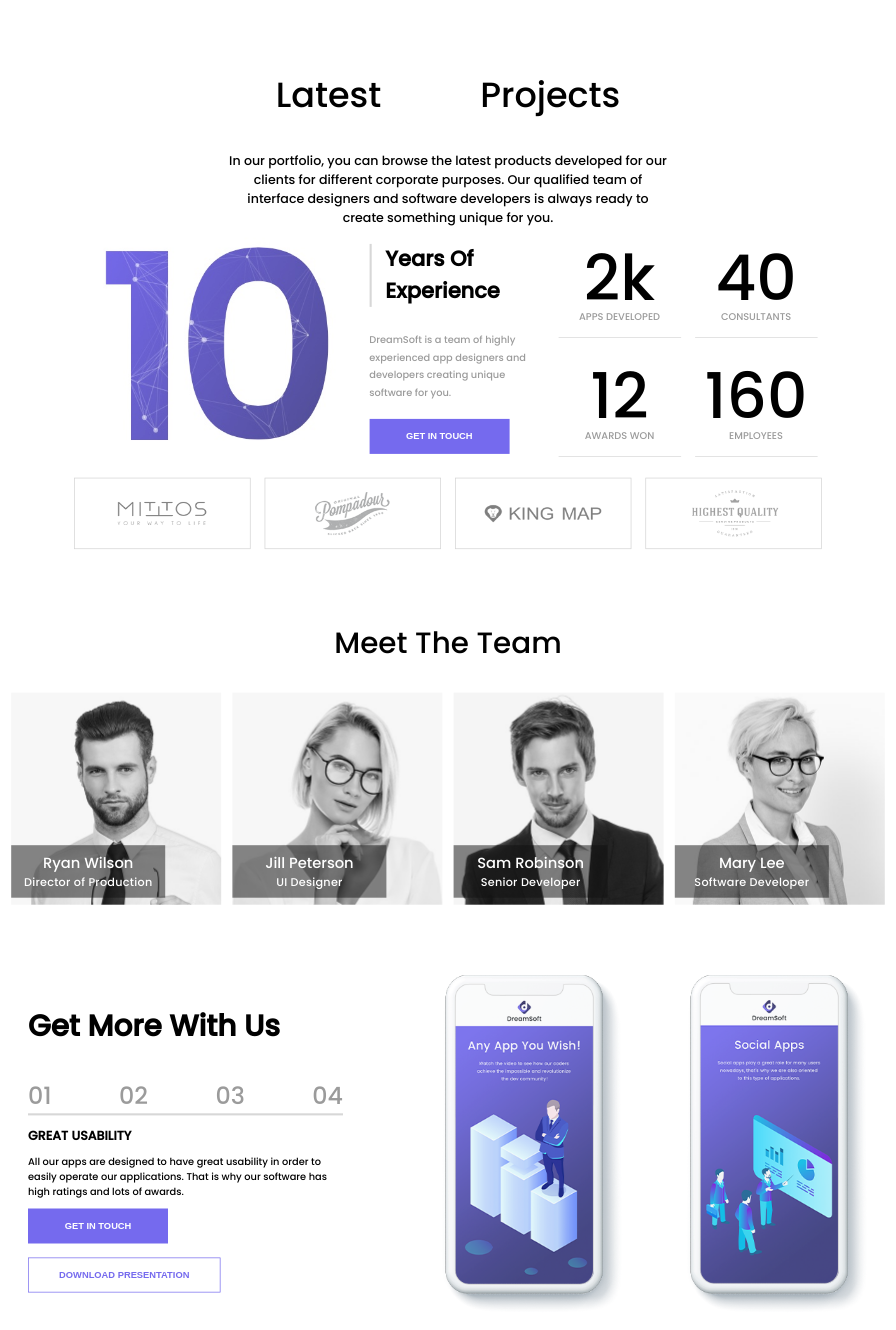
Repository: kkyler24/ladders-bootcamp-awesome
Page: index.html
These files come from the project's save history. The page is drawn as it stood at one moment and after the next save; the edit follows.
The browser window is 1280 px wide. The pictures show the part of the page from y = 1339 to 3239 px (the page is 6056 px tall), at 70% of full size.

Above is the page before, as saved 2021-03-19 16:17:42.

### index.html
<!DOCTYPE html>
<html lang="en">
  <head>
    <meta charset="UTF-8" />
    <meta name="viewport" content="width=device-width, initial-scale=1.0" />
    <link rel="stylesheet" href="style.css" />
    <link rel="stylesheet" href="kstyle.css" />
    <link rel="preconnect" href="https://fonts.gstatic.com">
    <link href="https://fonts.googleapis.com/css2?family=Poppins:wght@500&display=swap" rel="stylesheet">
    <title>Demo</title>
  </head>
  <body>
    <header></header>
    <nav class="container-nav">
      <a class="logopic">
        <img src="./img/jumbotron/logo-default-191x52.png" alt="MCLA LOGO"   height="63.99" width="220">
      </a>
      <div class="nav-link">
      <ul>
        <li class=" list-inline">
          <a href="./index.html">Home</a>
        </li>
        <li class="nav-item active list-inline">
          <a href="./index.html">About Us</a>
        </li>
        <li class="nav-item active list-inline">
          <a href="./index.html">Gallery</a>
        </li>
        <li class="nav-item active list-inline">
          <a href="./index.html">Pricing</a>
        </li>
        <li class="nav-item active list-inline">
          <a href="./index.html">Blog</a>
        </li>
      </ul>
    </div>
      <!-- <button></button> -->

    </nav>
    <!-- jumbotron 3 slides -->
    <div id="jumbotron" class="carousel">
      <!-- <ul class ="carousel-indicators">
          <li data-target="#carouselExampleCaptions" data-slide-to="0" class="active"></li>
          <li data-target="#carouselExampleCaptions" data-slide-to="1"></li>
          <li data-target="#carouselExampleCaptions" data-slide-to="2"></li>
          <li data-target="#carouselExampleCaptions" data-slide-to="3"></li>
      </ul> -->
      <div class="container-jumbo">
          <div class="carousel-item">
              <img id="jumboimgOne"src="./img/jumbotron/jess-bailey-q10VITrVYUM-unsplash.jpg"  alt="..." />
              <div class="jumboheadline">
                <h2 class="jumbotext">Mobile App Development</h2><br>
                  <div id="indext">
                    <p class="jumboPara"> Since our establishment, we have delivering high-quality and sutainable <br> software solutions for corporate purpose of worldwide business.</p>
                  </div>

              </div>
          </div>
          <!-- <div class="carousel-item">
              <img src="Assets/diversity2gether.jpg" class="d-block w-100" alt="..." />
              <div class="carousel-caption d-none d-md-block">
                  <h5>We Celebrate diversity</h5>
              </div>
          </div>
          <div class="carousel-item">
              <img src="Assets/womensrights.jpg" class="d-block w-100" alt="..." />
              <div class="carousel-caption d-none d-md-block">
                  <h5> We charise our choices</h5>
              </div>
          </div>
          <div class="carousel-item">
              <img src="Assets/climate.jpg" class="d-block w-100" alt="..." />
              <div class="carousel-caption d-none d-md-block">
                  <h5> We protect whats ours</h5>
              </div> -->
          </div>
      </div>
  </div>
  <!-- <a class="carousel-control-prev" href="#carouselExampleCaptions" role="button" data-slide="prev">
      <span class="carousel-control-prev-icon" aria-hidden="true"></span>
      <span class="sr-only">Previous</span>
  </a>
  <a class="carousel-control-next" href="#carouselExampleCaptions" role="button" data-slide="next">
      <span class="carousel-control-next-icon" aria-hidden="true"></span>
      <span class="sr-only">Next</span>
  </a> -->
</div>

    </section>

    <section class="all-service-section">
      <!-- see all services -->
          <div class="all-services-img">
            <img src="https://ld-wt73.template-help.com/wt_prod-18959/images/index-1-415x592.jpg" alt="" width="415" height="592">
          </div>

          <div class="all-services-container">

              <div class="corporate-solutions-block">
                <h3 class="all-services-h3">See All Services</h3>
                <button class="all-services-button">All Services</button>
              </div>
              <div class="corporate-solutions-block">
                <img src="./img/icon-phone.PNG" alt="">
                <h4 class="services-title-h4">CORPORATE SOLUTIONS</h4>
                <p class="corporate-solutions-text">Need specific software for your company? We are ready to develop it!</p>
              </div>
              <div class="corporate-solutions-block">
                <img src="./img/icon-headset.PNG" alt="">
                <h4 class="services-title-h4">CALL CENTER SOLUTIONS</h4>
                <p class="corporate-solutions-text">Our experts provide custom products of any complexity for call centers.</p>
              </div>
              <div class="corporate-solutions-block">
                <img src="./img/icon-cloud-box.PNG" alt="">
                <h4 class="services-title-h4">CLOUD DEVELOPMENT</h4>
                <p class="corporate-solutions-text">We can also offer you reliable cloud development solutions.</p>
              </div>

          </div>
    </section>

    <section class="sectThree">
      <!-- latest Projects -->
      <div class="latestPro">
        <h1 id="latestPro"> Latest Projects</h1>
        <p id="latestPara">In our portfolio, you can browse the latest products developed for our clients for different corporate purposes. Our qualified team of interface designers and software developers is always ready to create something unique for you.</p>
        <div></div>

      </div>
    </section>

    <section class="achievements-section">
      <!-- achievements -->
      <figure>
      <img src="./img/10.jpg" alt="Animated number ten" height="300" />
      </figure>
      <div class="years-of-experience-container">
        <h1>Years Of Experience</h1>
        <p>
          DreamSoft is a team of highly experienced app designers and developers
          creating unique software for you.
        </p>
        <button class="get-in-touch-button">Get in touch</button>
      </div>
      <div class="achievements-numbers-container">
        <div class="achievements-numbers-block">
          <h2>2k</h2>
          <p>APPS DEVELOPED</p>
        </div>
        <div class="achievements-numbers-block">
          <h2>40</h2>
          <p>CONSULTANTS</p>
        </div>
        <div class="achievements-numbers-block">
          <h2>12</h2>
          <p>AWARDS WON</p>
        </div>
        <div class="achievements-numbers-block">
          <h2>160</h2>
          <p>EMPLOYEES</p>
        </div>
      </div>
      <div class="logo-links-container">
        <figure>
          <img src="./img/clients-9-270x117.png" alt="Mittos Logo" >
        </figure>
        <figure>
          <img src="./img/clients-10-270x117.png" alt="Pompadour Logo" >
        </figure>
        <figure>
          <img src="./img/clients-3-270x117.png" alt="King Map Logo" >
        </figure>
        <figure>
          <img src="./img/clients-11-270x117.png" alt="Highest Quality Logo" >
        </figure>
      </div>
    </section>

    <section class="meet-the-team-section">
      <!-- meet the team -->
      <h2 class="meet-the-team-h2">Meet The Team</h2>

      <div class="meet-the-team-main-container">

          <div class="meet-team-block">
            <img src="./img/ryan-wilson.jpg" alt="">

            <div class="meet-team-text-block">
              <h4 class="meet-the-team-h4">Ryan Wilson</h4>
              <p class="meet-the-team-p">Director of Production</p>
            </div>
          </div>
          <div class="meet-team-block">
            <img src="./img/jill-peterson.jpg" alt="">

            <div class='meet-team-text-block'>
              <h4 class="meet-the-team-h4">Jill Peterson</h4>
              <p class="meet-the-team-p">UI Designer</p>
            </div>
          </div>
          <div class="meet-team-block">
            <img src="./img/sam-robinson.jpg" alt="">

            <div class='meet-team-text-block'>
              <h4 class="meet-the-team-h4">Sam Robinson</h4>
              <p class="meet-the-team-p">Senior Developer</p>
            </div>
          </div>
          <div class="meet-team-block">
            <img src="./img/mary-lee.jpg" alt="">

            <div class='meet-team-text-block'>
              <h4 class="meet-the-team-h4">Mary Lee</h4>
              <p class="meet-the-team-p">Software Developer</p>
            </div>
          </div>

      </div>
    </section>

    <section class="get-more-with-us-section">
      <!-- Get more with us -->
      <section class="get-more-with-us">
        <h1>Get More With Us</h1>
        <div class="numbers">
          <p>01</p>
          <p>02</p>
          <p>03</p>
          <p>04</p>
        </div>
        <h2>GREAT USABILITY</h2>
        <p class="get-more-about-project">
          All our apps are designed to have great usability in
          order to easily operate our applications.
          That is why our software has high ratings and lots of awards.
        </p>
        <button class="get-in-touch-button">Get in touch</button>
        <button class="download-presentation-button">Download presentation</button>
      </section>
      <img src="img/index-4-261x484.png" alt="Screen with Any App You Wish">
      <img src="img/index-5-261x484.png" alt="Screen with Socia Apps">
    </section>

    <section class="what-people-say-section">
      <!-- What People Say -->
      <h2 class="what-people-say-h2">What People Say</h2>

      <div class="what-people-say-main-container">

        <div class="client-container">
          <img src="./img/catherine-wilson.jpg" alt="">
          <div class="client-title">
            <h4 class="client-name-h4">Catherine Williams</h4>
            <p>Regular client</p>
          </div>
          <div class="client-body">
            <p class="client-body-p">DreamSoft offers a high caliber of resources skilled
            in Microsoft Azure .NET, mobile and Quality Assurance. They
            became our true business partners over the past three years.</p>
          </div>
        </div>
        <div class="client-container">
          <img src="./img/rupert-woods.jpg" alt="">
          <div class="client-title">
            <h4 class="client-name-h4">Rupert Wood</h4>
            <p>Regular client</p>
          </div>
          <div class="client-body">
            <p class="client-body-p">DreamSoft powered us with a competent team to develop
            products for banking services. The team has been delivering
            results within budget and time, which is amazing.</p>
          </div>
        </div>
        <div class="client-container">
          <img src="./img/samantha-brown.jpg" alt="">
          <div class="client-title">
            <h4 class="client-name-h4">Samantha Brown</h4>
            <p>Regular client</p>
          </div>
          <div class="client-body">
            <p class="client-body-p">DreamSoft is a highly skilled and uniquely capable
            firm with multitudes of talent on-board. We have
            results within budget and time, which is amazing.
            collaborated on a number of diverse projects that
            have been a great success.</p>
          </div>
        </div>

      </div>

    </section>

    <section class="latest-blog-posts-section">
      <h2 class="what-people-say-h2">Latest Blog Posts</h2>
      <div class="posts-container">
        <div class="post-block">
          <figure>
          <img class="post-cover" src="img/post-10-370x307.jpg">
          <img class="post-date-label" src="img/label.svg">
          <p class="post-label-date">07/04</p>
          </figure>
          <h4 class="block-post-h4">Benefits Of Async/Await</h4>
            <p class="blog-post-p">
            Asynchronous functions are a good and bad thing in JavaScript.
            The good side is that asynchronous functions are non-blocking and…
            </p>
        </div>
        <div class="post-block">
          <figure>
          <img class="post-cover" src="img/post-11-370x307.jpg">
          <img class="post-date-label" src="img/label.svg">
          <p class="post-label-date">07/17</p>
          </figure>
          <h4 class="block-post-h4">Key Considerations Of IPaaS</h4>
            <p class="blog-post-p">
              Digital transformation requires cloud appropriate adoption,
              legacy IT systems modernization, and Agile-based methodologies for faster…
            </p>
        </div>
        <div class="post-block">
          <figure>
          <img class="post-cover" src="img/post-12-370x307.jpg">
          <img class="post-date-label" src="img/label.svg">
          <p class="post-label-date">07/22</p>
          </figure>
          <h4 class="block-post-h4">Hibernate Query Language</h4>
            <p class="blog-post-p">
              In this tutorial, we will discuss the
              Hibernate Query Language. HQL is an object-oriented query language.
              Hibernate Query...
            </p>
        </div>
      </div>
    </section>

    <footer>
      <!-- contacts and info -->
      <section class="footer-contacts">
        <img src="img/logo-inverse-191x52.png" alt="DreamSoft Logo">
        <p class="about-company">
          Our company has been developing high-quality and reliable software
          for corporate needs since 2008. We are renowned professionals of
          software development.</p>
        <div class="address-block-container">
          <div class="one-contact-block">
            <h2>ADDRESS</h2>
            <p>4730 Crystal Springs Dr, Los Angeles, CA 90027</p>
          </div>
          <div class="one-contact-block">
            <h2>PHONES</h2>
            <p>
              <span class="changing-color">+1 323-913-4688</span>
              <span>,</span>
              <span class="changing-color">+1 323-888-4554</span>
            </p>
          </div>
          <div class="one-contact-block">
            <h2>E-MAILS</h2>
            <p>
              <span>info@demolink.org</span>
              <span>,</span>
              <span>mail@demolink.org</span>
            </p>
          </div>
          <div class="social-media-links-container">
            <img src="img/iconfinder_Circled_Facebook.svg" alt="Facebook Icon">
            <img src="img/iconfinder_Circled_Instagram.svg" alt="Facebook Icon">
            <img src="img/iconfinder_Circled_Linkedin.svg" alt="Facebook Icon">
            <img src="img/iconfinder_Circled_Twitter.svg" alt="Facebook Icon">
          </div>
        </div>
      </section>
      <form class="contact-form">
        <h1>Questions? Contact Us</h1>
        <input class="input-field-1" type="text" id="name" name="name" placeholder="Name"><br>
        <input class="input-field-1" type="text" id="email" name="email" placeholder="Email"><br>
        <input class="input-field-2" type="text" id="message" name="message" placeholder="Message"><br>
        <button class="send-message-button">Send message</button>
      </form>
      <section class="what-we-offer">
        <h1>What We Offer</h1>
        <div class="what-we-offer-container">
            <figure class="what-we-offer-item">
              <p>DB Management</p>
              <figure class="triangle"></figure>
            </figure>
            <figure class="what-we-offer-item">
              <p>IOS/MacOS</p>
              <figure class="triangle"></figure>
            </figure>
            <figure class="what-we-offer-item">
              <p>Android Apps</p>
              <figure class="triangle"></figure>
            </figure>
            <figure class="what-we-offer-item">
              <p>Windows Apps</p>
              <figure class="triangle"></figure>
            </figure>
            <figure class="what-we-offer-item">
              <p>UX/UI Apps</p>
              <figure class="triangle"></figure>
          </figure>
        </div>
        </section>
      </footer>
  </body>
</html>

### kstyle.css
html, body{
  overflow-x: hidden;


}

/* Navbar git  */
.container-nav {
  display: flex;
}

.list-inline {
  display: inline;
  list-style-type: none;
  padding-right: 10px;
  font-family: Georgia, "Times New Roman", Times, serif;
}

a.logopic {
  flex-flow: row;
  flex-grow: 3;
}

ul.li.a {
  font-family: "Poppins", sans-serif;
  font-weight: 500;
  color: black;
}

/* Jumbotron */
.jumboPara {
  text-align: center;
}

.jumbotron .container-jumbo {
  max-width: 100%;
  background-color: #222;
}

#jumbotron {
  padding: 30px 0px 30px 0px;
  max-width: 100%;
  background-color: transparent;
  overflow: hidden;
}

.container-jumbo {
  display: flex;
  width: 100%;
  margin: 0 auto;
  height: 561px;
}

.jumbotext {
  text-align: center;
  color: rgb(2, 2, 2);
  font-family: "Raleway", Helvetica, Arial, sans-serif;
  font-weight: 600;
  text-transform: uppercase;
}

.jumboheadline {
  display: flex;
  flex-direction: column;
  height: 506px;
  justify-content: flex-end;
}

#jumboimgOne {
  z-index: 0;
  position: absolute;
  display: flex;
  /* flex-grow: 1; */
  width: 100%;
  overflow-x: hidden;
}

.carousel-item {
  text-align: center;
  width: 100%;
}

.carousel-item,
.jumbotext,
#indext {
  position: relative;
  z-index: 2;
}

/* latest Section */

.sectThree{
  display: flex;
  font-family: "Poppins", sans-serif;
  text-align: center;
}

#latestPara{
 font-size: 18px;
 margin: auto 25% auto 25%;

}

#latestPro{
  font-size: 50px;
  font-weight: lighter;
  word-spacing: 4ch;
}

Loaded but not shown: style.css (628 lines, source omitted)

After the next save:
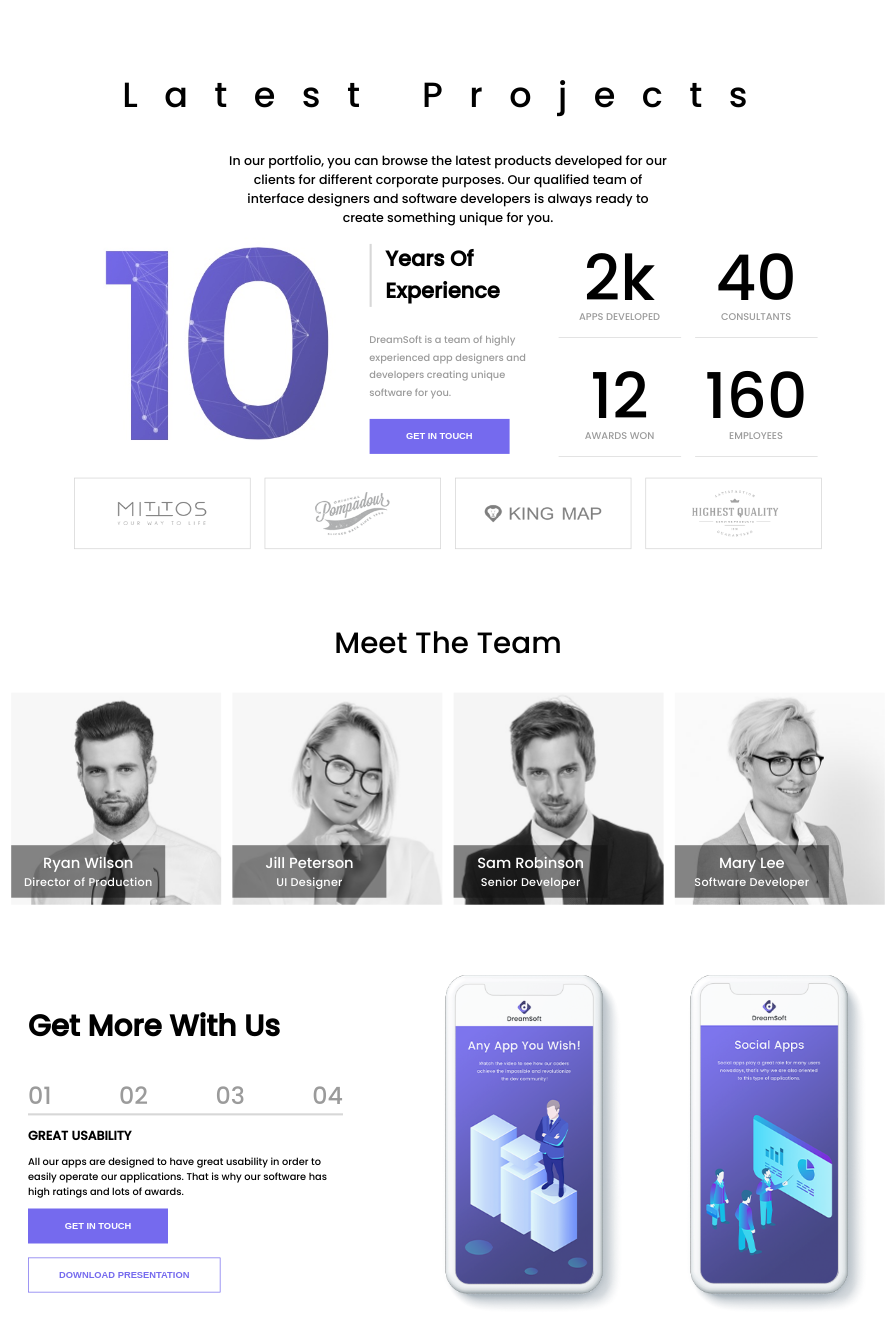
Saved 22 s later.
--- a/kstyle.css
+++ b/kstyle.css
@@ -104,5 +104,5 @@ ul.li.a {
 #latestPro{
   font-size: 50px;
   font-weight: lighter;
-  word-spacing: 4ch;
+  letter-spacing: 1cm;
 }
